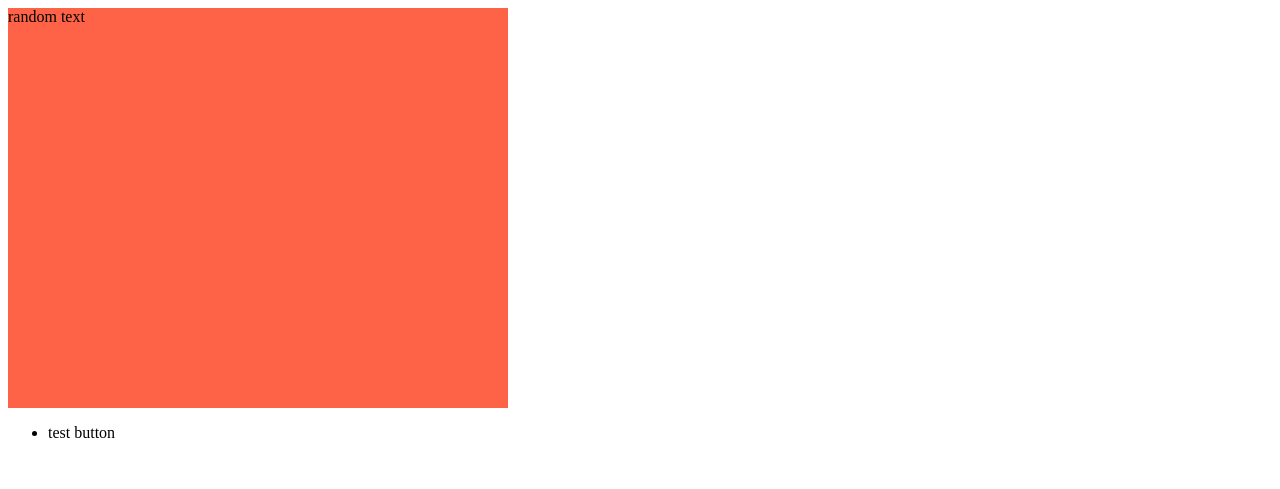
Repository: rohdejakub/portfolio
Page: test.html
These files come from the project's save history. The page is drawn as it stood at one moment and after a run of saves; the edit follows.
The browser window is 1280 px wide. The pictures show the whole page.

Above is the page before, as saved 2018-11-13 00:32:53.

### test.html
<!DOCTYPE html>
<html>
<head>
    <meta charset="utf-8" />
    <meta http-equiv="X-UA-Compatible" content="IE=edge">
    <title>Page Title</title>
    <meta name="viewport" content="width=device-width, initial-scale=1">
    <link rel="stylesheet" type="text/css" media="screen" href="main.css" />
    <script src="https://ajax.googleapis.com/ajax/libs/jquery/3.3.1/jquery.min.js"></script>
</head>
<body>
    <div id='test'> random text</div>
    <ul>
        <li><a id='button'>test button</a></li>
    </ul>
    <script>
    $('#button').click(function(){
$('#test').animate({
    'margin-top' : "-50%",
    'opacity' : '0'
    },500) ;
    });
    </script>
</body>
</html>

### main.css
#test{
    width: 500px;
    height: 400px;
    background-color: tomato;
}

After the next 2 saves:
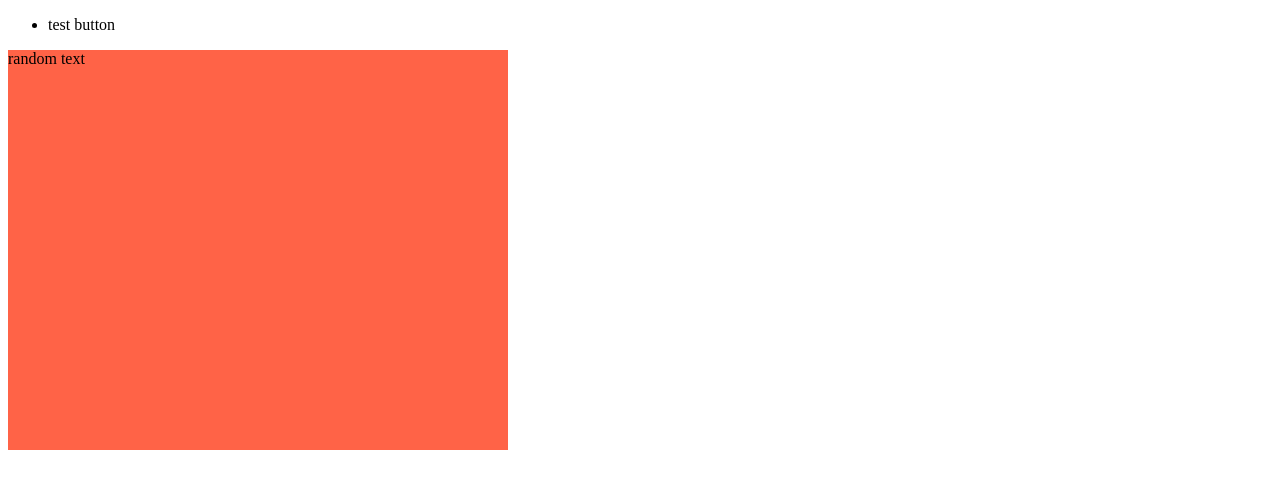
The 2 saves are shown as one change because they came seconds apart.
The last was saved 54 s later.
--- a/test.html
+++ b/test.html
@@ -9,10 +9,11 @@
     <script src="https://ajax.googleapis.com/ajax/libs/jquery/3.3.1/jquery.min.js"></script>
 </head>
 <body>
+        <ul>
+                <li><a id='button'>test button</a></li>
+            </ul>
     <div id='test'> random text</div>
-    <ul>
-        <li><a id='button'>test button</a></li>
-    </ul>
+
     <script>
     $('#button').click(function(){
 $('#test').animate({
